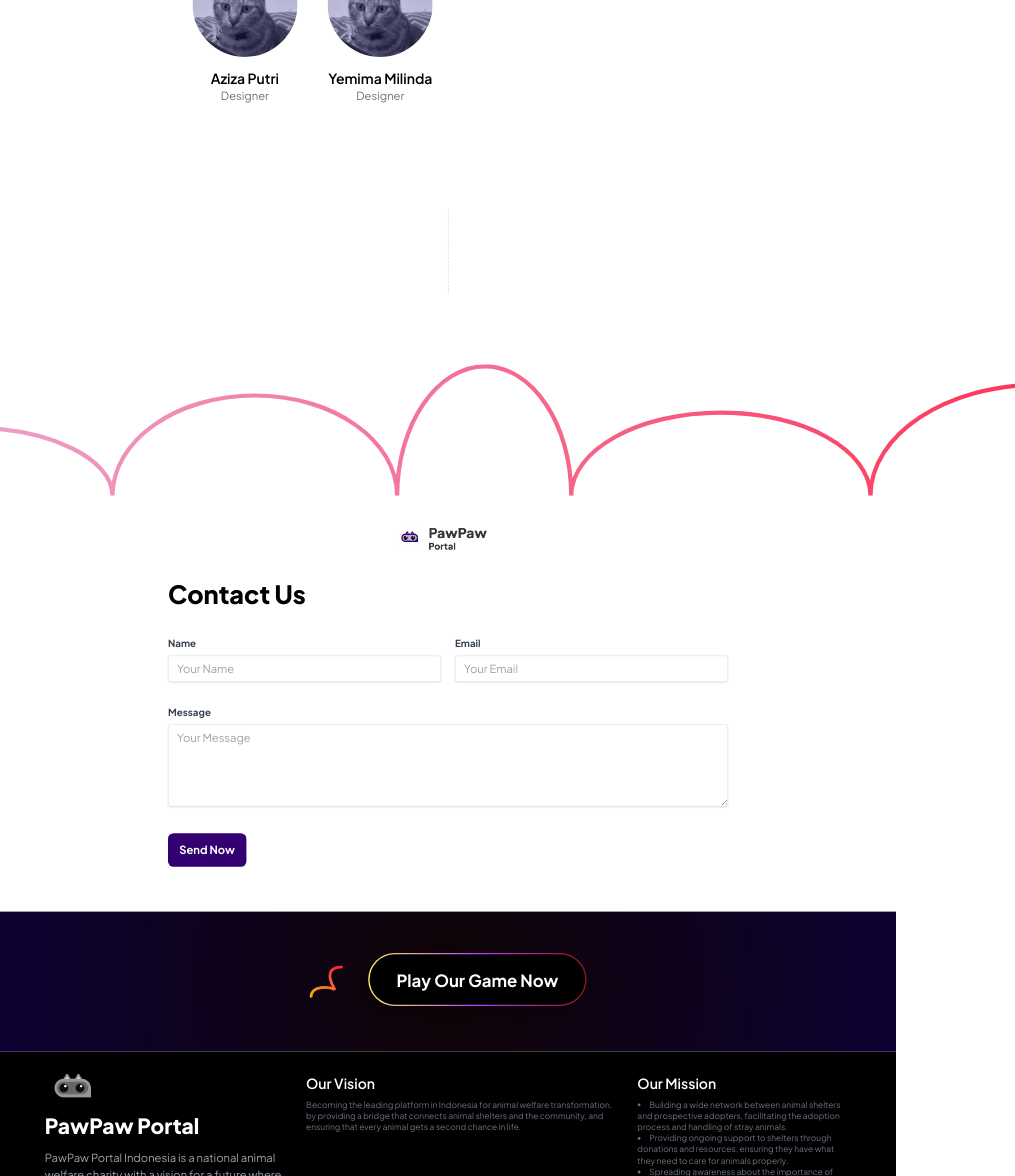
Repository: paskasiregar/pawpawwebsite
Page: /
An editor plug-in stored every save of this project. The page is shown before and after the next save, followed by the edit.
The browser window is 1280 px wide. The page is 1450 px wide, so the pictures cover 1450 px, including what lies to the right of the window. The pictures show the part of the page from y = 2126 to 3806 px (the page is 4040 px tall before and 3992 px after), at 70% of full size.
The project was rebuilt for these pictures with package versions that can differ from the ones it lists, and the page was loaded fresh each time. The framework's server and built-in components were replaced by stand-ins that run in the browser. Also part of the build but not shown: next.config.js, next.config.mjs.

Above is the page before, as saved 2024-09-06 11:35:29.

### src/app/layout.js
import { Inter } from "next/font/google";
import "./globals.css";

const inter = Inter({ subsets: ["latin"] });

export const metadata = {
  title: "PawPaw Portal | Your One-Stop Shelter",
  description: "Your One-Stop Shelter",
};

export default function RootLayout({ children }) {
  return (
    <html lang="en">
      <meta
        name="google-adsense-account"
        content="ca-pub-4770655134097556"
      ></meta>
      <body className={inter.className}>{children}</body>
    </html>
  );
}

### src/app/page.js
import { Contact } from "@/components/contact";
import { Divider } from "@/components/divider";
import { Footer } from "@/components/footer";
import { Header } from "@/components/header";
import CTA from "@/components/CTA";
import Hero from "@/components/hero";
import PrimaryButton from "@/components/primaryButton";
import SecButton from "@/components/secButton";
import Image from "next/image";
import bannerImage from "../assets/banner.png";
import logoHeaderImage from "../assets/banner-10.png";
import Link from "next/link";
import Head from "next/head";
import piupiu from "../assets/piupiu.png";
import paska from "../assets/paska.png";
import iqbal from "../assets/iqbal.png";

export default async function Home() {
  return (
    <div className="w-full font-plus-jakarta m-auto flex min-h-screen flex-col items-center justify-between">
      <Head>
        <script
          async
          src="https://pagead2.googlesyndication.com/pagead/js/adsbygoogle.js?client=ca-pub-4770655134097556"
          crossorigin="anonymous"
        ></script>
      </Head>
      <section className="w-full">
        <div className="centeredcontainer main-container">
          <Header />
        </div>
        <main className="main-container">
          <Hero />
          <Divider />
          <div className="self-stretch bg-white flex flex-col md:flex-row">
            <div className="flex-1 relative h-48 md:h-[489px] z-[0] flex items-center justify-center">
              <Image
                className="w-[80%] h-auto object-cover"
                alt="banner"
                src={bannerImage}
                width={200}
                height={200}
              />
            </div>

            {/* How it works */}
            <div
              id="how-it-works"
              className="flex-1 flex flex-col items-center md:items-start justify-center gap-4 z-[1] p-4 md:p-8"
            >
              <div className="space-y-4">
                <div className="flex justify-center md:justify-start">
                  <svg
                    width="130"
                    height="77"
                    viewBox="0 0 130 77"
                    fill="none"
                    xmlns="http://www.w3.org/2000/svg"
                  >
                    <path
                      d="M2.04016 48.038C39.1938 19.0059 75.4362 75.5193 75.4362 75.5193C58.6481 44.4597 70.5515 14.7701 105.05 54.8444C105.05 54.8444 88.8644 34.0647 127.885 2.52962"
                      stroke="url(#paint0_linear_545_35744)"
                      strokeWidth="4.42591"
                      strokeMiterlimit="10"
                      strokeLinejoin="bevel"
                    />
                    <defs>
                      <linearGradient
                        id="paint0_linear_545_35744"
                        x1="19.971"
                        y1="73.8863"
                        x2="126.116"
                        y2="-0.218346"
                        gradientUnits="userSpaceOnUse"
                      >
                        <stop offset="0.2868" stopColor="#E9404C" />
                        <stop offset="0.2967" stopColor="#EA475C" />
                        <stop offset="0.3252" stopColor="#EB5B85" />
                        <stop offset="0.3554" stopColor="#EB6CA8" />
                        <stop offset="0.3871" stopColor="#EC79C5" />
                        <stop offset="0.4209" stopColor="#EC84DB" />
                        <stop offset="0.4577" stopColor="#ED8BEB" />
                        <stop offset="0.4998" stopColor="#ED90F4" />
                        <stop offset="0.5589" stopColor="#ED91F7" />
                      </linearGradient>
                    </defs>
                  </svg>
                </div>
                <div className="hidden md:flex items-center justify-center">
                  <Image
                    className="w-36 h-10 object-cover"
                    alt="Logo"
                    src={logoHeaderImage}
                    width={120}
                    height={20}
                  />
                </div>
                <div className="flex flex-col items-center md:items-start">
                  <div className="relative font-extrabold text-2xl md:text-4xl text-center md:text-left">
                    How PawPaw Portal Works
                  </div>
                </div>
                <div className="self-stretch flex flex-col md:flex-row items-center md:items-start justify-start text-lg md:text-xl text-gray-500">
                  <div className="flex-1 flex flex-col items-center md:items-start justify-start">
                    <div className="self-stretch">
                      <p className="m-0 text-center md:text-left">
                        Every video you watch on our app can help animals in
                        need. Fun, isn&apos;t it?
                      </p>
                      <p className="m-2"></p>
                      <p className="m-0 text-center md:text-left">
                        Join us at PawPaw Portal, where animal lovers and
                        shelters meet. Let&apos;s make a difference together!
                      </p>
                    </div>
                  </div>
                </div>
                <div className="flex flex-col md:flex-row gap-2">
                  <PrimaryButton href="https://game.pawpawportal.com">
                    Play Now
                  </PrimaryButton>
                  <Link
                    href="#about-us"
                    className="flex flex-col md:flex-row gap-2"
                  >
                    <SecButton>About Us</SecButton>
                  </Link>
                </div>
              </div>
            </div>
          </div>

          {/* Team */}
          <Divider />
          <div className="self-stretch bg-white flex flex-col md:flex-row">
            <div
              id="team"
              className="flex-1 flex flex-col items-center md:items-center justify-center gap-4 z-[1] p-4 md:p-8"
            >
              <div className="space-y-4">
                <div className="flex flex-col items-center md:items-center mb-20">
                  <div className="relative font-extrabold text-2xl md:text-4xl text-center">
                    PawPaw Team
                  </div>
                  <div className="grid grid-cols-1 md:grid-cols-2 lg:grid-cols-4 gap-6 md:gap-8">
                    {/* Paska */}
                    <div className="flex flex-col items-center">
                      <Image
                        className="rounded-full"
                        alt="Paska"
                        src={paska}
                        width={150}
                        height={150}
                      />
                      <div className="text-xl font-semibold mt-4">Paska</div>
                      <div className="text-gray-500">Founder</div>
                    </div>

                    {/* Kak Yus */}
                    <div className="flex flex-col items-center">
                      <Image
                        className="rounded-full"
                        alt="Yus"
                        src={piupiu}
                        width={150}
                        height={150}
                      />
                      <div className="text-xl font-semibold mt-4">
                        Yus Marcelina
                      </div>
                      <div className="text-gray-500">Product Lead</div>
                    </div>

                    {/* Mas Iqbal */}
                    <div className="flex flex-col items-center">
                      <Image
                        className="rounded-full"
                        alt="Iqbal"
                        src={piupiu}
                        width={150}
                        height={150}
                      />
                      <div className="text-xl font-semibold mt-4">
                        Mochamad Iqbal
                      </div>
                      <div className="text-gray-500">Tech Lead</div>
                    </div>

                    {/* Julie */}
                    <div className="flex flex-col items-center">
                      <Image
                        className="rounded-full"
                        alt="Yeni Yuliati"
                        src={piupiu}
                        width={150}
                        height={150}
                      />
                      <div className="text-xl font-semibold mt-4">
                        Yeni Yuliati
                      </div>
                      <div className="text-gray-500">Founder's Office</div>
                    </div>

                    {/* Aziza */}
                    <div className="flex flex-col items-center">
                      <Image
                        className="rounded-full"
                        alt="Aziza Putri"
                        src={piupiu}
                        width={150}
                        height={150}
                      />
                      <div className="text-xl font-semibold mt-4">
                        Aziza Putri
                      </div>
                      <div className="text-gray-500">Designer</div>
                    </div>

                    {/* Yemima */}
                    <div className="flex flex-col items-center">
                      <Image
                        className="rounded-full"
                        alt="Yemima Milinda"
                        src={piupiu}
                        width={150}
                        height={150}
                      />
                      <div className="text-xl font-semibold mt-4">
                        Yemima Milinda
                      </div>
                      <div className="text-gray-500">Designer</div>
                    </div>
                  </div>
                </div>
              </div>
            </div>
          </div>

          <Divider />
          <Contact />
        </main>
        <div className="w-full">
          <div>
            <CTA />
          </div>
          <div id="about-us">
            <Footer />
          </div>
        </div>
      </section>
    </div>
  );
}

### src/app/globals.css
@import url("https://fonts.googleapis.com/css2?family=Plus+Jakarta+Sans:wght@400;600;700;800&display=swap");

@tailwind base;
@tailwind components;
@tailwind utilities;

body {
  font-family: "Plus Jakarta Sans", sans-serif;
}

p,
ul {
  color: gray;
  margin-bottom: 2px;
}

section {
  margin-bottom: 8px;
}

.hero-bg {
  display: flex;
  background: radial-gradient(circle,
      rgb(204, 188, 230) 10%,
      rgb(255, 255, 255) 50%);
}

.cta-container {
  display: flex;
  justify-content: center;
  align-items: center;
  position: relative;
  background: radial-gradient(circle, rgb(14, 4, 4) 0%, rgb(14, 1, 51) 100%);
  padding: 20px;
  gap: 20px;
  min-height: 200px;
}

.cta-button {
  display: inline-block;
  padding: 20px 40px;
  font-size: 24px;
  font-weight: bold;
  color: white;
  background: black;
  border-radius: 40px;
  position: relative;
  z-index: 1;
  overflow: hidden;
  transition: all 0.3s ease;
  text-align: center;
}

.cta-button::before {
  content: "";
  position: absolute;
  top: -2px;
  left: -2px;
  right: -2px;
  bottom: -2px;
  background: linear-gradient(90deg,
      rgb(255, 244, 97) 0%,
      rgb(187, 61, 255) 50%,
      rgb(142, 23, 23) 100%);
  z-index: -1;
  border-radius: inherit;
}

.cta-button::after {
  content: "";
  position: absolute;
  top: 2px;
  left: 2px;
  right: 2px;
  bottom: 2px;
  background: black;
  z-index: -1;
  border-radius: inherit;
}

.cta-button:hover {
  color: rgb(237, 246, 133);
  background: white;
}

.footer-bg {
  background: radial-gradient(circle, rgb(14, 4, 4) 0%, rgb(14, 1, 51) 100%);
  color: white;
  text-align: center;
  padding: 20px;
}

.centeredcontainer {
  width: 100vw;
  height: auto;
}

.main-container {
  width: 100%;
  max-width: 1200px;
  margin: 0 auto;
  padding: 0;
}

.header-content {
  display: flex;
  flex-direction: row;
  align-items: center;
  justify-content: space-between;
}

.header-logo-button {
  display: flex;
  flex-direction: row;
  align-items: center;
  gap: 16px;
  /* Adjust spacing as needed */
}

html {
  scroll-behavior: smooth;
}

### src/components/contact.jsx
import React from "react";
import PrimaryButton from "@/components/primaryButton";
import NameInput from "./nameInput";
import EmailInput from "./emailInput";
import MessageInput from "./mesageInput";
import Image from "next/image";
import logoHeaderImage from "../assets/banner-10.png";

export const Contact = () => {
  return (
    <div className="font-plus-jakarta flex flex-col items-center justify-center py-16 px-4 md:px-[200px] gap-[40px] text-29xl">
      <div className="flex justify-start items-start">
        <svg
          width="1620"
          height="188"
          viewBox="0 0 1620 188"
          fill="none"
          xmlns="http://www.w3.org/2000/svg"
        >
          <path
            d="M1891 188C1891 100.375 1784.67 29.342 1653.5 29.342C1522.34 29.342 1413.53 100.375 1413.53 188C1413.53 122.37 1317.84 69.158 1199.78 69.158C1081.72 69.158 986.029 122.362 986.029 188C986.029 85.8274 930.825 3 862.735 3C794.645 3 737.369 85.8274 737.369 188C737.369 108.853 646.33 44.6865 534.029 44.6865C421.728 44.6865 330.689 108.853 330.689 188C330.689 134.381 239.649 90.9105 127.349 90.9105C15.0481 90.9105 -76 134.381 -76 188"
            stroke="url(#paint0_linear_545_35799)"
            strokeWidth="6"
            strokeMiterlimit="10"
            strokeLinejoin="bevel"
          />
          <defs>
            <linearGradient
              id="paint0_linear_545_35799"
              x1="-84.5283"
              y1="91.1699"
              x2="1899.52"
              y2="91.1699"
              gradientUnits="userSpaceOnUse"
            >
              <stop offset="0.0224" stopColor="#EBADD7" />
              <stop offset="1" stopColor="#FF2445" />
            </linearGradient>
          </defs>
        </svg>
      </div>
      <Image
        className="w-36 h-10 object-cover"
        alt="Logo"
        src={logoHeaderImage}
        width={120}
        height={20}
      />
      <div className="text-4xl font-extrabold w-full">Contact Us</div>
      <form
        action="https://forms.office.com/Pages/ResponsePage.aspx?id=FYBQO9x7eUe5JQ3XgE-7JgfHRnXS951Jum6QCf1rDZlUOTFYM1gyVUNMUzAyRTlFRVlHNUo5UVVRSy4u"
        method="post"
        target="_blank"
        className="w-full"
      >
        <div className="w-full flex flex-col items-start gap-[16px] text-base text-light-l800 font-regular-reg-2">
          <div className="w-full flex flex-col md:flex-row gap-[20px]">
            <div className="w-full md:w-1/2">
              <label
                htmlFor="name"
                className="w-full block text-sm font-medium text-gray-700"
              ></label>
              <NameInput className="w-full" id="name" name="name" required />
            </div>
            <div className="w-full md:w-1/2">
              <label
                htmlFor="email"
                className="block text-sm font-medium text-gray-700"
              ></label>
              <EmailInput className="w-full" id="email" name="email" required />
            </div>
          </div>
          <div className="w-full">
            <label
              htmlFor="message"
              className="block text-sm font-medium text-gray-700"
            ></label>
            <MessageInput
              className="w-full"
              id="message"
              name="message"
              required
            />
          </div>
        </div>
        <div className="mt-4">
          <PrimaryButton type="submit">Send Now</PrimaryButton>
        </div>
      </form>
    </div>
  );
};

export default Contact;

### src/components/divider.jsx
export const Divider = () => {
  return (
    <div className="self-stretch h-[195px] flex flex-row items-center justify-center py-16 px-[130px] box-border">
      <div className="w-px relative box-border h-[121px] border-r-[1px] border-dashed border-gray-300" />
    </div>
  );
};

### src/components/header.jsx
import Link from "next/link";
import PrimaryButton from "@/components/primaryButton";
import React from "react";
import Image from "next/image";
import logoHeaderImage from "../assets/banner-10.png";

export const Header = () => {
  return (
    <div className="font-plus-jakarta w-full flex flex-col items-center justify-center text-left text-gray-500">
      <div className="self-stretch bg-white flex flex-col items-center justify-center text-sm">
        <div className="w-full header-content p-2.5 box-border">
          <Link href="/">
            {" "}
            {/* Homepage */}
            <Image
              className="w-36 h-10 object-cover"
              alt="Logo"
              src={logoHeaderImage}
              width={120}
              height={20}
            />
          </Link>
          <div className="hidden md:flex flex-row items-center justify-center gap-8">
            <div>
              <Link href="#how-it-works">How It Works</Link>
            </div>
            <div>
              <Link href="#about-us">About Us</Link>
            </div>
            <div>
              <Link href="/privacy">Privacy Policy</Link>
            </div>
          </div>
          <div className="header-logo-button">
            <PrimaryButton href="https://game.pawpawportal.com">
              Be Our Hero Today!
            </PrimaryButton>
          </div>
        </div>
      </div>
    </div>
  );
};

export default Header;

### src/components/CTA.jsx
import React from "react";
import Link from "next/link";

const CTA = () => {
  return (
    <div className="cta-container font-plus-jakarta p-4 md:p-8 flex flex-col md:flex-row items-center justify-center">
      <svg
        className="cta-decoration mb-4 md:mb-0 md:mr-4"
        width="48"
        height="46"
        viewBox="0 0 48 46"
        fill="none"
        xmlns="http://www.w3.org/2000/svg"
      >
        <path
          d="M2 46C2 27.296 29.551 30.0086 36.5736 34.5625C36.5736 34.5625 14.4611 2 47.5714 2"
          stroke="url(#cta_gradient)"
          strokeWidth="3.92857"
          strokeMiterlimit="10"
          strokeLinejoin="bevel"
        />
        <defs>
          <linearGradient
            id="cta_gradient"
            x1="37.3571"
            y1="2"
            x2="7.5"
            y2="46"
            gradientUnits="userSpaceOnUse"
          >
            <stop stopColor="#FF2445" />
            <stop offset="1" stopColor="#F5AB0E" />
          </linearGradient>
        </defs>
      </svg>
      <Link href="https://game.pawpawportal.com">
        <div className="cta-button text-center bg-gradient-to-r from-orange-500 to-pink-500 text-white font-bold py-2 px-4 rounded-lg shadow-lg cursor-pointer">
          Play Our Game Now
        </div>
      </Link>
    </div>
  );
};

export default CTA;

### src/components/primaryButton.jsx
import React from "react";

const PrimaryButton = ({ children, onClick }) => {
  return (
    <button
      className="self-stretch bg-inherit-320071 hover:bg-blue-700 text-white font-bold px-4 py-3 rounded-lg"
      onClick={onClick}
    >
      {children}
    </button>
  );
};

export default PrimaryButton;

### src/components/secButton.jsx
import React from "react";

const SecButton = ({ children, onClick }) => {
  return (
    <button
      className="bg-white border border-inherit-320071 text-inherit-320071 font-bold py-2 px-4 rounded-lg"
      onClick={onClick}
    >
      {children}
    </button>
  );
};

export default SecButton;

### src/components/nameInput.jsx
import React from "react";

const NameInput = ({ value, onChange }) => {
  return (
    <div className="mb-4">
      <label
        className="block text-gray-700 text-sm font-bold mb-2"
        htmlFor="name"
      >
        Name
      </label>
      <input
        id="name"
        type="text"
        value={value}
        onChange={onChange}
        className="shadow appearance-none border rounded w-full py-2 px-3 text-gray-700 leading-tight focus:outline-none focus:shadow-outline"
        placeholder="Your Name"
      />
    </div>
  );
};

export default NameInput;

### src/components/emailInput.jsx
import React from "react";

const EmailInput = ({ value, onChange }) => {
  return (
    <div className="mb-4">
      <label
        className="block text-gray-700 text-sm font-bold mb-2"
        htmlFor="email"
      >
        Email
      </label>
      <input
        id="email"
        type="email"
        value={value}
        onChange={onChange}
        className="shadow appearance-none border rounded w-full py-2 px-3 text-gray-700 leading-tight focus:outline-none focus:shadow-outline"
        placeholder="Your Email"
      />
    </div>
  );
};

export default EmailInput;

### src/components/mesageInput.jsx
import React from "react";

const MessageInput = ({ value, onChange }) => {
  return (
    <div className="mb-4">
      <label
        className="block text-gray-700 text-sm font-bold mb-2"
        htmlFor="message"
      >
        Message
      </label>
      <textarea
        id="message"
        value={value}
        onChange={onChange}
        className="shadow appearance-none border rounded w-full py-2 px-3 text-gray-700 leading-tight focus:outline-none focus:shadow-outline"
        placeholder="Your Message"
        rows="5"
      />
    </div>
  );
};

export default MessageInput;

Loaded but not shown: tailwind.config.js (24 lines, source omitted); src/components/hero.jsx (211 lines, source omitted); src/components/footer.jsx (175 lines, source omitted)

After the next save:
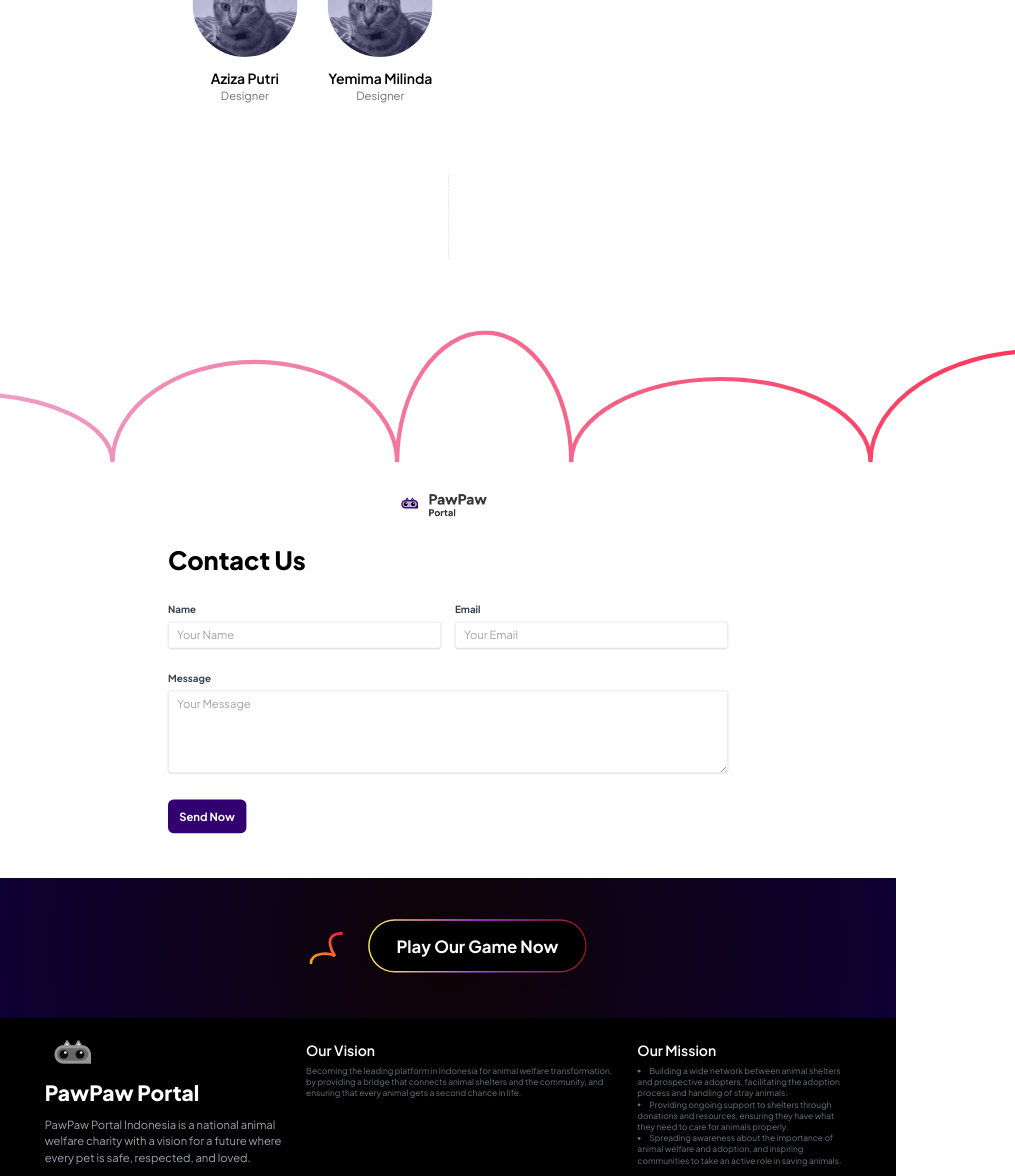
Saved 6 s later.
--- a/src/app/page.js
+++ b/src/app/page.js
@@ -135,10 +135,10 @@ export default async function Home() {
           <div className="self-stretch bg-white flex flex-col md:flex-row">
             <div
               id="team"
-              className="flex-1 flex flex-col items-center md:items-center justify-center gap-4 z-[1] p-4 md:p-8"
+              className="flex-1 flex flex-col items-center md:items-center justify-center gap-4 z-[1] p-4 md:p-8 mb-8"
             >
               <div className="space-y-4">
-                <div className="flex flex-col items-center md:items-center mb-20">
+                <div className="flex flex-col items-center md:items-center ">
                   <div className="relative font-extrabold text-2xl md:text-4xl text-center">
                     PawPaw Team
                   </div>
